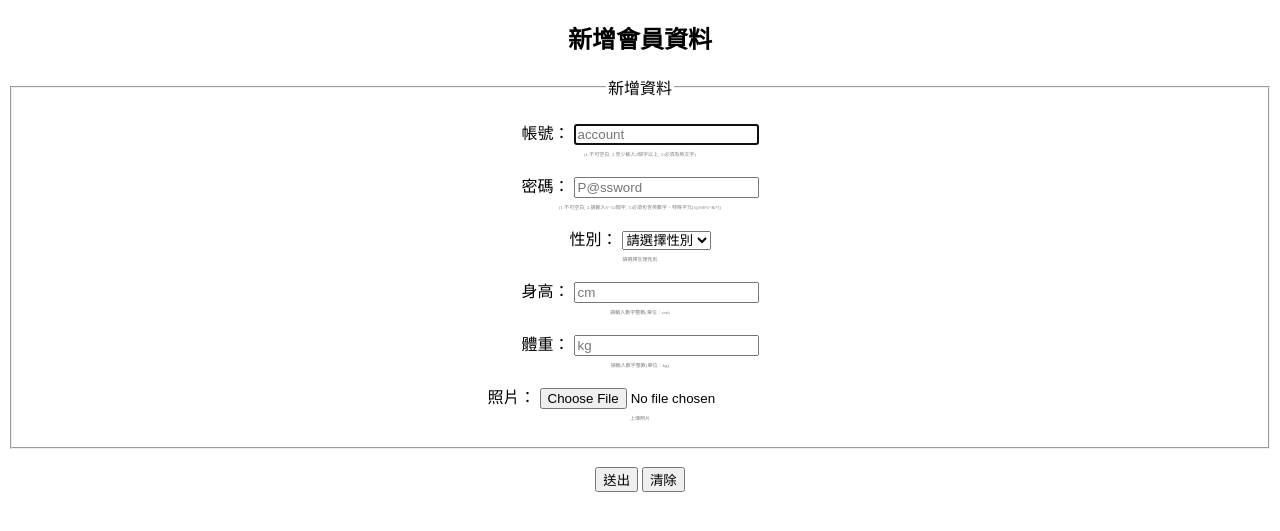
Repository: Ray917x/JaveEEforProject
Page: JSP/src/main/webapp/project/CreateMember.html
These files come from the project's save history. The page is drawn as it stood at one moment and after the next save; the edit follows.
The browser window is 1280 px wide. The pictures show the whole page.

Above is the page before, as saved 2022-09-12 09:54:55.

After the next save:
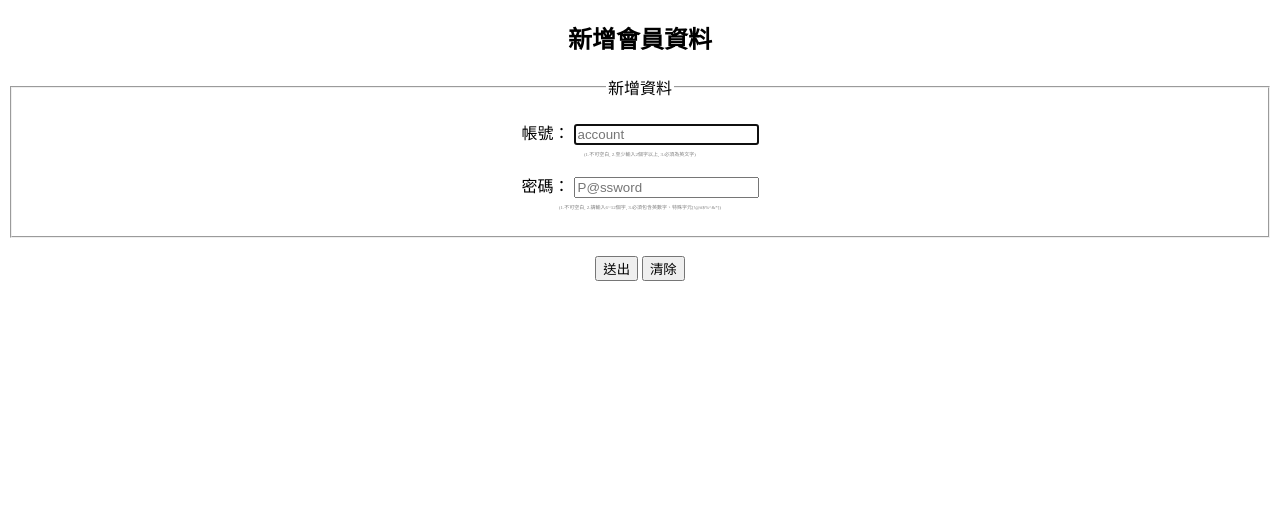
Saved 42 s later.
--- a/JSP/src/main/webapp/project/CreateMember.html
+++ b/JSP/src/main/webapp/project/CreateMember.html
@@ -36,42 +36,7 @@
 					<figcaption class="fc"><br />(1.不可空白, 2.請輸入6~12個字, 3.必須包含英數字、特殊字元[!@#$%^&*])</figcaption>
 				</figure>
 			</div>
-			<div class="st1">
-				<figure>
-					<label for="gender" class="t1">性別：</label>
-					<!-- <input type="text" id="userGender" name="userGender" placeholder="Male/Female"> -->
-					<select name="userGender" id="userGender">
-						<option disabled selected>請選擇性別</option>
-						<option value="Male">Male</option>
-						<option value="Female">Female</option>
-					</select>
-					<span id="idspDate"></span><br />
-					<figcaption class="fc"><br />請選擇生理性別</figcaption>
-				</figure>
-			</div>
-			<div class="st1">
-				<figure>
-					<label for="height" class="t1">身高：</label>
-					<input type="text" id="userHeight" name="userHeight" placeholder="cm" required>
-					<span id="idspH"></span><br />
-					<figcaption class="fc"><br />請輸入數字整數(單位：cm)</figcaption>
-				</figure>
-			</div>
-			<div class="st1">
-				<figure>
-					<label for="weight" class="t1">體重：</label>
-					<input type="text" id="userWeight" name="userWeight" placeholder="kg" required>
-					<span id="idspW"></span><br />
-					<figcaption class="fc"><br />請輸入數字整數(單位：kg)</figcaption>
-				</figure>
-			</div>
-			<div class="st1">
-				<figure>
-					<label for="photo" class="t1">照片：</label>
-					<input type="file" id="userPhoto" name="userPhoto">
-					<span id="spPhoto"></span><br />
-					<figcaption class="fc"><br />上傳照片</figcaption>
-								</div>
+
 
 		</fieldset>
 		<br>
